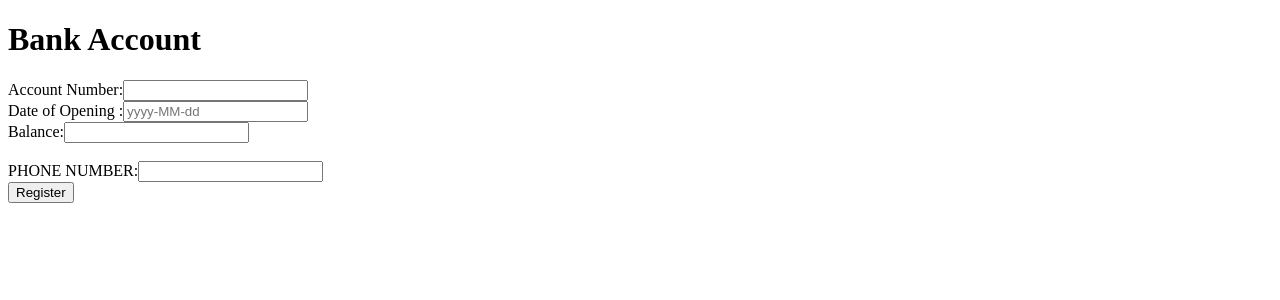
Repository: rajeshmalviya2011/MyRepo
Page: http://localhost/tcjassignment/bankaccount.jsp
These files come from the project's save history. The page is drawn as it stood at one moment and after the next save; the edit follows.
The browser window is 1280 px wide. The pictures show the whole page.
The page is served by Tomcat 9. Other server files are loaded and not shown.

Above is the page before, as saved 2020-08-07 12:15:13.

### tcjassignment/src/main/webapp/bankaccount.jsp
<%@ page language="java" contentType="text/html; charset=UTF-8"
    pageEncoding="UTF-8"%>
<!DOCTYPE html>
<html>
<head>
<meta charset="UTF-8">
<title>Insert title here</title>
</head>
<body>

	<h1>Bank Account</h1>
	<form action="registerCustomer">
		Account Number:<input type="text" name="cif"><br>
		Date of Opening :<input type="text" placeholder="yyyy-MM-dd" name="dob"><br>
		Balance:<input type="text" name="bal"><br><br>
		PHONE NUMBER:<input type="text" name="phone"><br>
		<input type="submit" value="Register">
	</form>
</body>
</html>

After the next save:
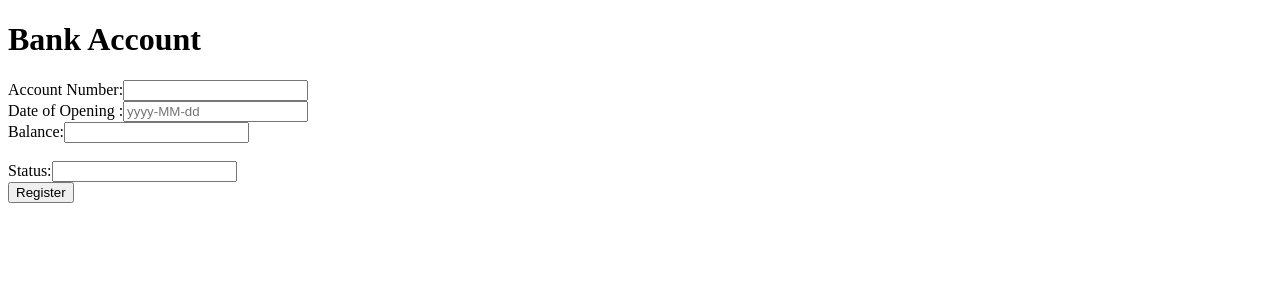
Saved 27 s later.
--- a/tcjassignment/src/main/webapp/bankaccount.jsp
+++ b/tcjassignment/src/main/webapp/bankaccount.jsp
@@ -12,8 +12,8 @@
 	<form action="registerCustomer">
 		Account Number:<input type="text" name="cif"><br>
 		Date of Opening :<input type="text" placeholder="yyyy-MM-dd" name="dob"><br>
-		Balance:<input type="text" name="bal"><br><br>
-		PHONE NUMBER:<input type="text" name="phone"><br>
+		Balance:<input type="text" name="balance"><br><br>
+		Status:<input type="text" name="status"><br>
 		<input type="submit" value="Register">
 	</form>
 </body>
